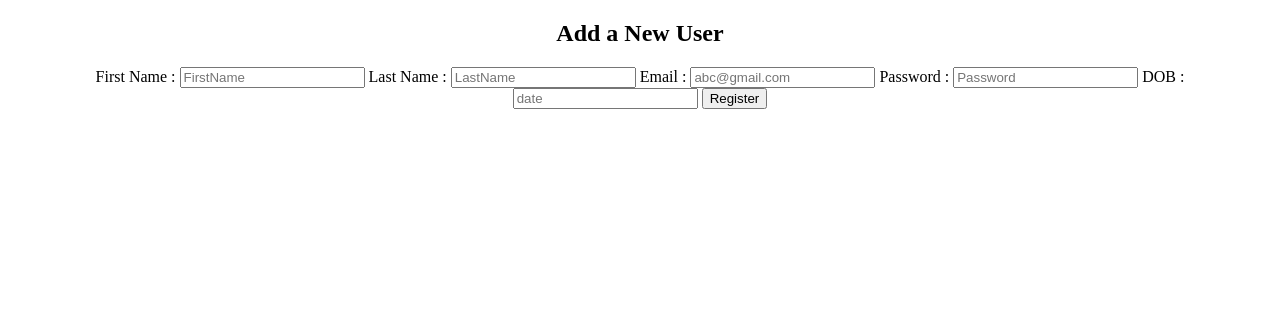
Repository: KD3-86718-yagywalky/Advance-java
Page: http://localhost/Assignment04/newuser.jsp
These files come from the project's save history. The page is drawn as it stood at one moment and after the next save; the edit follows.
The browser window is 1280 px wide. The pictures show the whole page.
The page is served by Tomcat 9.

Above is the page before, as saved 2024-12-05 13:07:36.

After the next save:
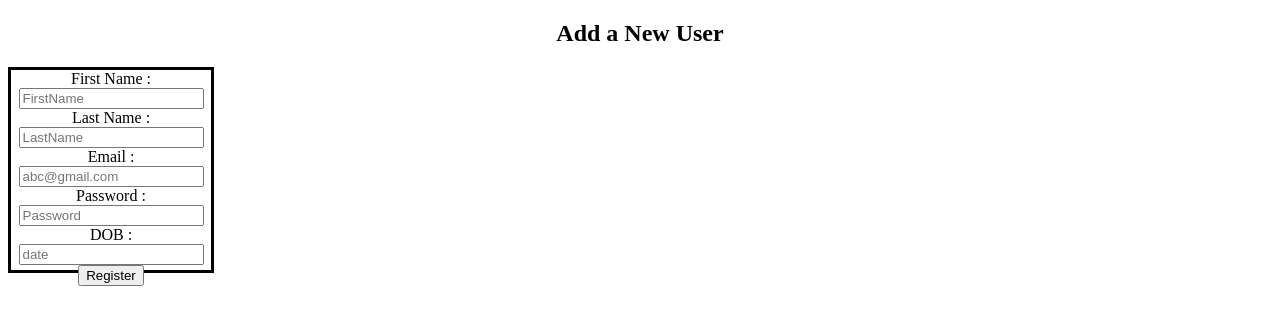
Saved 107 s later.
--- a/Assignment_04/Assignment04/src/main/webapp/newuser.jsp
+++ b/Assignment_04/Assignment04/src/main/webapp/newuser.jsp
@@ -9,13 +9,15 @@
 <body style="text-align: center;">
 
 <h2>Add a New User </h2>
+<div style="height: 200px; width: 200px; border: solid;">
 
+<form action="register.jsp" method="post">
 First Name : <input type="text" name="fname" placeholder="FirstName">
 Last Name : <input type="text" name="lname" placeholder="LastName">
 Email : <input type="email" name="email" placeholder="abc@gmail.com">
 Password : <input type="password" name="passwd" placeholder="Password">
 DOB : <input type="text" name="date" placeholder="date">
 <input type="submit" value="Register">
-
+</form>
 </body>
 </html>
